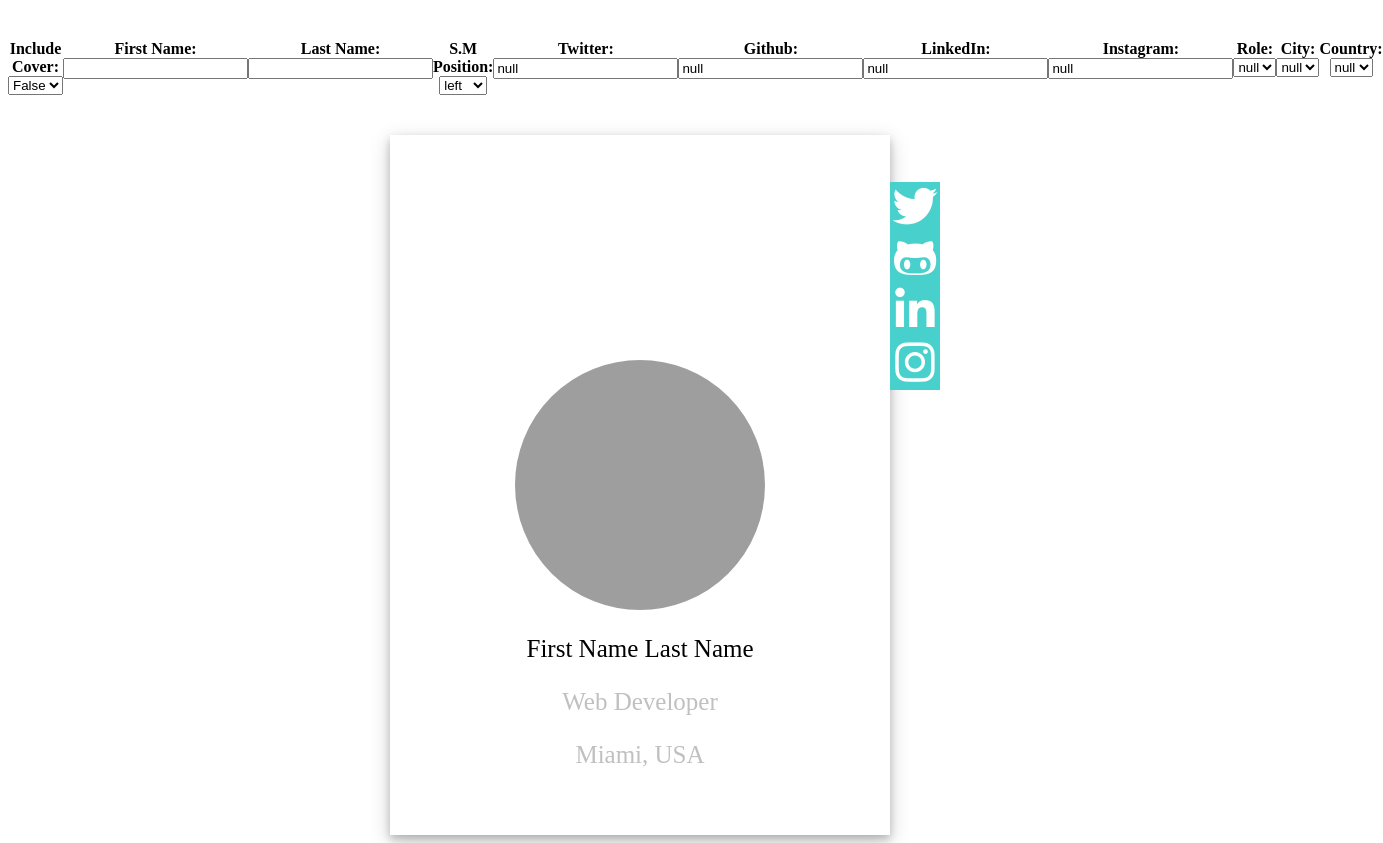
Repository: DJaye33/conditional-profile-card
Page: index.html
The author's editor kept a record of every edit. The page is drawn from the files as they stood at one moment, then again after the next edit.
The browser window is 1280 px wide. The page is 1383 px wide, so the pictures cover 1383 px, including what lies to the right of the window. The pictures show the whole page.
Pictures or frames that could not be fetched are drawn as grey boxes. Some web libraries are served in a nearby version.

Above is the page before.

### index.html
<!DOCTYPE html>
<html lang="en">

<head>
    <meta charset="UTF-8">
    <meta name="viewport" content="width=device-width, initial-scale=1.0">
    <meta http-equiv="X-UA-Compatible" content="ie=edge">
    <title>Conditional Profile Card</title>
    <script src="https://kit.fontawesome.com/d239cac0a2.js" crossorigin="anonymous"></script>
    <link rel="stylesheet" href="profileCard.css" type="text/css" />
</head>

<body>
    <div id='container'>

        <label for='cover-input'>
            Include Cover:
            <br />
            <select id='include-cover'>
                <option value='false'>False</option>
                <option value='true'>True</option>
            </select>
        </label>

        <label for='first-name'>
            First Name:
            <br />
            <input id='firstName' type='text' />
        </label>

        <label id='lastName' for='last-name'>
           Last Name:
            <br />
            <input type='text' />
        </label>

        <label for='cover-input'>
            S.M Position:
            <br />
            <select id='social-position'>
                <option value='left'>left</option>
                <option value='right'>right</option>
            </select>
        </label>

        <label for='twitter'>
           Twitter:
            <br />
            <input value='null' type='text' />
        </label>

        <label for='Github'>
           Github:
            <br />
            <input value='null' type='text' />
        </label>

        <label for='LinkedIn'>
           LinkedIn:
            <br />
            <input value='null' type='text' />
        </label>

        <label for='Instagram'>
           Instagram:
            <br />
            <input value='null' type='text' />
        </label>

        <label for='role'>
            Role:
            <br />
            <select>
                <option>null</option>
            </select>
        </label>

        <label for='city'>
            City:
            <br />
            <select>
                <option>null</option>
            </select>
        </label>

        <label for='country'>
            Country:
            <br />
            <select>
                <option>null</option>
            </select>
        </label>
    </div>

    <div id='card-body'>
        <div id='user-image'>
        </div>
        <section id='upper-half'></section>
        <section id='lower-half'>
            <div id='text-block'>
                <span id='firstNameEl'>First Name</span>
                <span id='lastNameEl'>Last Name</span>
                <p class='mute-text'>Web Developer</p>
                <p class='mute-text'>Miami, USA</p>
            </div>
            <ul id='social-links' class='right left'>
                <li><i class="fab fa-twitter"></i></li>

                <li><i class="fab fa-github-alt"></i></li>

                <li><i class="fab fa-linkedin-in"></i></li>

                <li><i class="fab fa-instagram"></i></li>
            </ul>

    </div>

    </section>

    <script src='profileCard.js'></script>
</body>

</html>

### profileCard.css
#container {
    display: flex;
    justify-content: space-around;
    margin-top: 40px;
    margin-bottom: 40px;
}

label {
    font-weight: bold;
    text-align: center;
}



#card-body {
    position: relative;
    background: white;
    margin: 0 auto;
    width: 500px;
    height: 700px;
    /*border-radius: 20px;*/
    box-shadow: 0 4px 8px 0 rgba(0, 0, 0, 0.2), 0 6px 20px 0 rgba(0, 0, 0, 0.19);
}

#user-image {
    background: url('https://images.unsplash.com/photo-1535713875002-d1d0cf377fde?ixlib=rb-1.2.1&ixid=eyJhcHBfaWQiOjEyMDd9&auto=format&fit=crop&w=500&q=60');
    background-size: contain;
    border: 5px solid white;
    border-radius: 50%;
    height: 250px;
    width: 250px;
    z-index: 99;
    position: absolute;
    margin: auto;
    top: 0;
    left: 0;
    right: 0;
    bottom: 0;
}

#upper-half {
    width: 100%;
    height: 50%;
}

.toggle-background {
    background: url('https://images.unsplash.com/photo-1570942872213-1242607a35eb?ixlib=rb-1.2.1&ixid=eyJhcHBfaWQiOjEyMDd9&auto=format&fit=crop&w=500&q=60') no-repeat;
    background-size: contain;

}

#lower-half {
    position: relative;
    background: white;
    width: 100%;
    height: 50%;
}

#text-block {
    font-size: 25px;
    margin: 0 auto;
    position: absolute;
    top: 0;
    left: 0;
    bottom: 0;
    right: 0;
    text-align: center;
    margin-top: 30%;
}

.mute-text {
    color: silver;
}

.right {
    position: absolute;
    list-style-type: none;
    margin-left: 100%;
    padding: 0;
    bottom: 400px;
}

.left {
    position: absolute;
    list-style-image: none;

}

#social-links {
    background: #48D1CC;
    font-size: 45px;
    text-align: center;
    color: white;
    width: 10%;
}

### profileCard.js
const firstNameInput = document.getElementById('firstName');
const fistNameEl = document.getElementById('firstNameEl');
const lastNameInput = document.getElementById('lastName');
const lastNameEl = document.getElementById('lastNameEl');
const includeCover = document.querySelector('#include-cover');
const upperHalf = document.querySelector('#upper-half');
const socialPosition = document.querySelector('#social-position')
const socialLinks = document.querySelector('#social-links');

// console.log(socialLinks);

// ***** changes firstname on card on change *****//
firstNameInput.addEventListener('change', (event) => {
    fistNameEl.textContent = event.target.value;
})

// ***** changes last name on card on change ***** //
lastNameInput.addEventListener('change', (event) => {
    lastNameEl.textContent = event.target.value;
})

// ***** toggle background ***** //
includeCover.addEventListener('change', event => {
    if (event.target.value === 'true') {
        upperHalf.classList.add('toggle-background')
    }else if (event.target.value === 'false') {
        upperHalf.classList.remove('toggle-background')
    }
})

socialPosition.addEventListener('change', event => {
    const socialLink = socialLinks.classList;

    if (event.target.value === 'right') {
        socialLink.remove('left')
        socialLink.add('right')
    }
    else if (event.target.value === 'left') {
        socialLink.remove('right')
        socialLink.add('left');
    }
})

After the next edit:
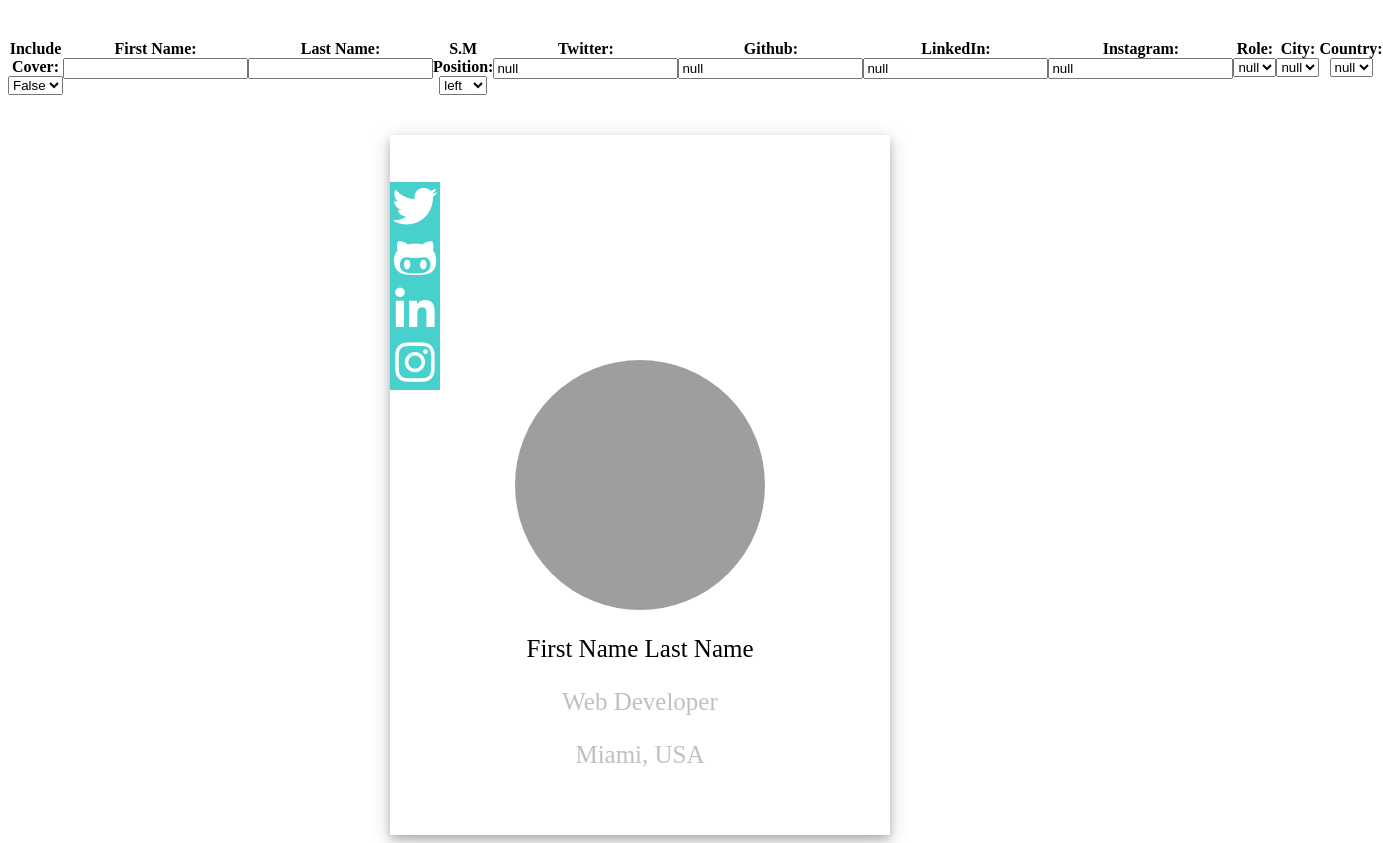
The edit:
--- a/profileCard.css
+++ b/profileCard.css
@@ -75,7 +75,7 @@ label {
 .right {
     position: absolute;
     list-style-type: none;
-    margin-left: 100%;
+    margin-right: -100%;
     padding: 0;
     bottom: 400px;
 }
